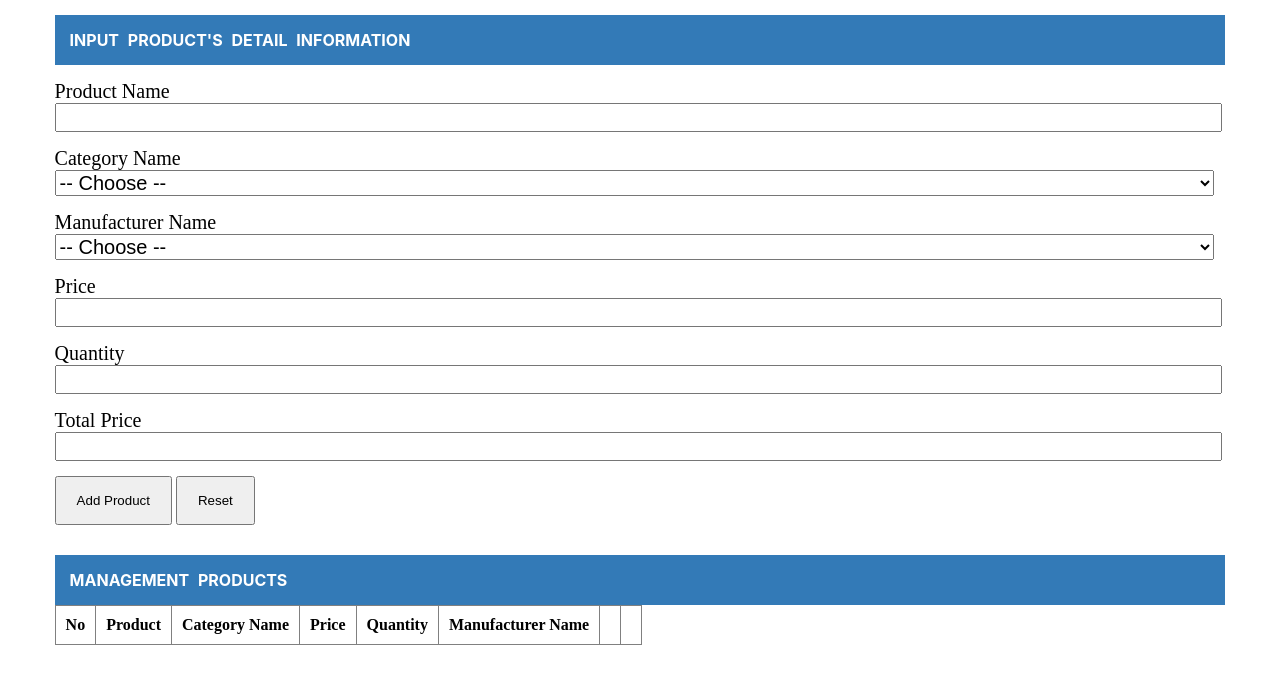
Repository: AnhDuc0125/HTML-Aptech
Page: bt2019/index.html
An editor plug-in stored every save of this project. The page is shown before and after the next save, followed by the edit.
The browser window is 1280 px wide. The pictures show the whole page.

Above is the page before, as saved 2021-12-02 21:07:01.

After the next save:
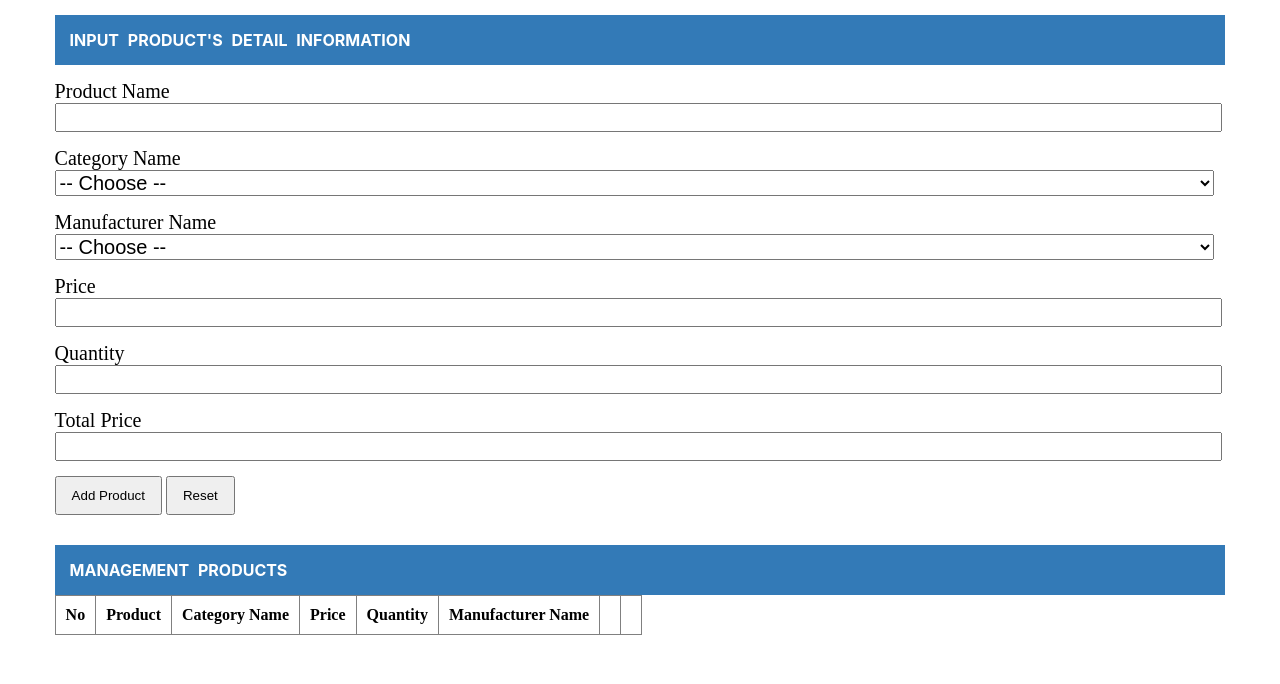
Saved 7 s later.
--- a/bt2019/index.html
+++ b/bt2019/index.html
@@ -40,7 +40,7 @@
         }
 
         .btn {
-            padding: 15px 20px;
+            padding: 10px 15px;
         }
     </style>
 </head>
